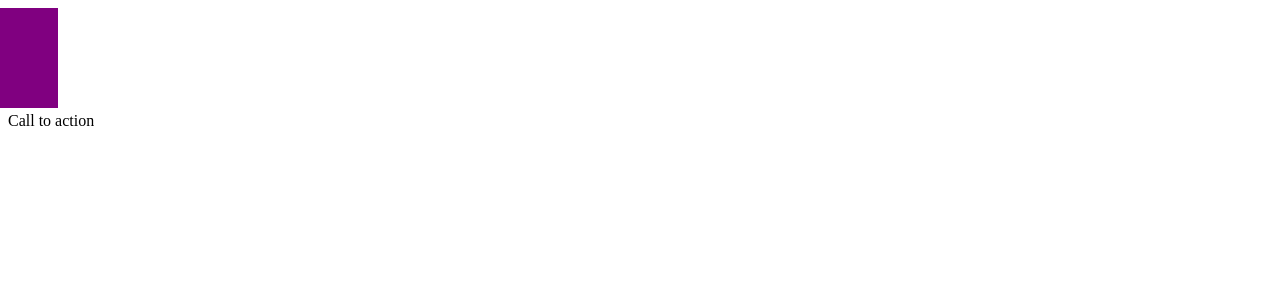
Repository: 16-Doffy/howtouse-htmlcss
Page: center_code/index.html
These files come from the project's save history. The page is drawn as it stood at one moment and after the next save; the edit follows.
The browser window is 1280 px wide. The pictures show the whole page.

Above is the page before, as saved 2024-12-18 23:54:03.

After the next save:
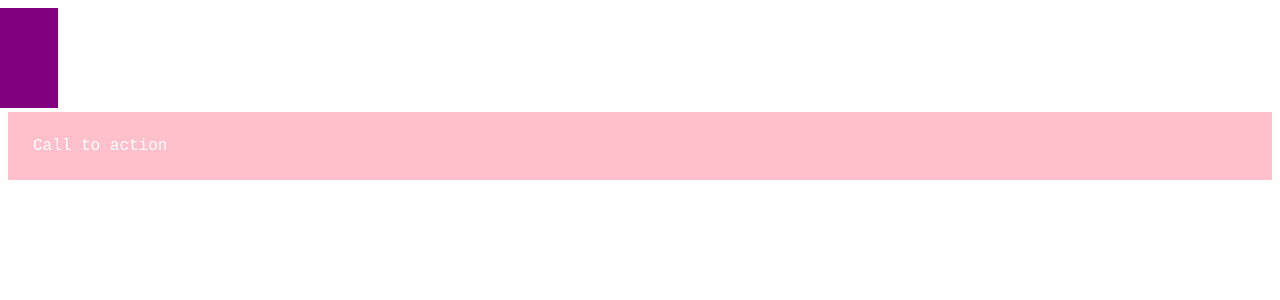
Saved 22 s later.
--- a/center_code/styles.css
+++ b/center_code/styles.css
@@ -9,3 +9,9 @@
 .boxed-parent{
   text-align: center;
 }
+.button{
+  padding: 25px;
+  font-family: 'Courier New', Courier, monospace;
+  color: white;
+  background-color: pink;
+}
